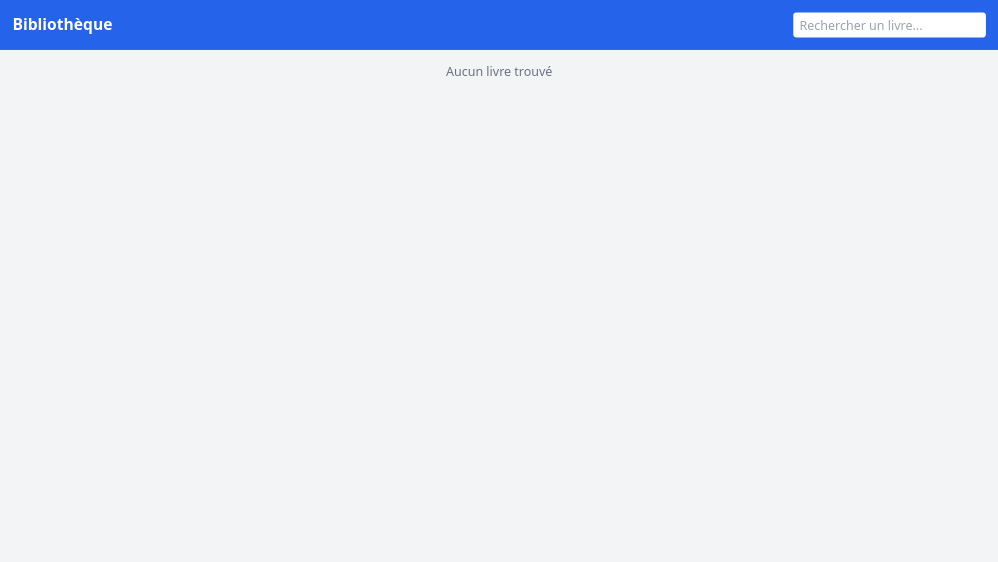
Repository: HAM0909/BookSmart
Page: home.html
The author's editor kept a copy of each file at every save. The page is drawn from the files as they stood at one save, then again after a run of saves.
The browser window is 1280 px wide. The pictures show the whole page, at 78% of full size.
The page's requests for data from a server got no answer. Some web libraries are served in a nearby version.

Above is the page before, as saved 2025-08-22 22:06:12.

### home.html
<!DOCTYPE html>
<html lang="fr">
<head>
    <meta charset="UTF-8">
    <title>Home - Bibliothèque</title>
    <script src="https://cdn.tailwindcss.com"></script>
</head>
<body class="bg-gray-100 min-h-screen">

<header class="bg-blue-600 text-white p-4 flex justify-between items-center">
    <h1 class="text-xl font-bold">Bibliothèque</h1>
    <input id="searchInput" type="text" placeholder="Rechercher un livre..." class="px-2 py-1 rounded">
</header>

<main class="p-4">
    <div id="booksGrid" class="grid grid-cols-1 sm:grid-cols-2 md:grid-cols-3 lg:grid-cols-4 gap-4">
        <!-- Les livres seront injectés ici -->
    </div>
</main>

<script>
let currentUserId = null;

// Récupérer l'utilisateur connecté
async function fetchCurrentUser() {
    try {
        const response = await fetch("/api/me");
        const data = await response.json();
        currentUserId = data.id;
    } catch (err) {
        console.error("Erreur fetchCurrentUser:", err);
        currentUserId = 1; // fallback si pas de session
    }
}

// Récupérer la liste des livres depuis l'API
async function fetchBooks(search="") {
    let url = "/api/livres";
    if (search) url += `?search=${encodeURIComponent(search)}`;
    try {
        const response = await fetch(url);
        return await response.json();
    } catch (err) {
        console.error("Erreur fetchBooks:", err);
        return [];
    }
}

// Réserver un livre
async function reserveBook(bookId) {
    if (!currentUserId) {
        alert("Utilisateur non connecté !");
        return;
    }
    try {
        const response = await fetch("/api/reservations", {
            method: "POST",
            headers: { "Content-Type": "application/json" },
            body: JSON.stringify({ id_livre: bookId, id_adherent: currentUserId })
        });
        const result = await response.json();
        alert(result.msg || "Réservation terminée");
        displayBooks();
    } catch (err) {
        console.error("Erreur réservation:", err);
        alert("Erreur lors de la réservation.");
    }
}

// Afficher les livres dans la grille
async function displayBooks(search="") {
    const books = await fetchBooks(search);
    const grid = document.getElementById("booksGrid");
    grid.innerHTML = "";

    if (books.length === 0) {
        grid.innerHTML = `<p class="col-span-full text-center text-gray-500">Aucun livre trouvé</p>`;
        return;
    }

    books.forEach(book => {
        const card = document.createElement("div");
        card.className = "bg-white shadow rounded p-2 flex flex-col items-center";

        card.innerHTML = `
            <img src="${book.image_url || 'https://via.placeholder.com/150'}"
                 alt="${book.titre}" class="w-32 h-40 object-cover mb-2">
            <div class="font-semibold text-center mb-1">${book.titre}</div>
            <div class="mb-2 text-sm ${book.disponibilite ? 'text-green-600' : 'text-red-600'}">
                ${book.disponibilite ? 'Disponible' : 'Réservé'}
            </div>
        `;

        const button = document.createElement("button");
        button.textContent = "Réserver";
        button.className = `px-2 py-1 rounded ${book.disponibilite ? 'bg-blue-600 text-white hover:bg-blue-700' : 'bg-gray-400 text-gray-200 cursor-not-allowed'}`;
        button.disabled = !book.disponibilite;
        button.onclick = () => reserveBook(book.id);

        card.appendChild(button);
        grid.appendChild(card);
    });
}

// Recherche dynamique
document.getElementById("searchInput").addEventListener("input", (e) => {
    displayBooks(e.target.value);
});

// Initialisation
async function init() {
    await fetchCurrentUser();
    displayBooks();
}

init();
</script>

</body>
</html>

After the next 2 saves:
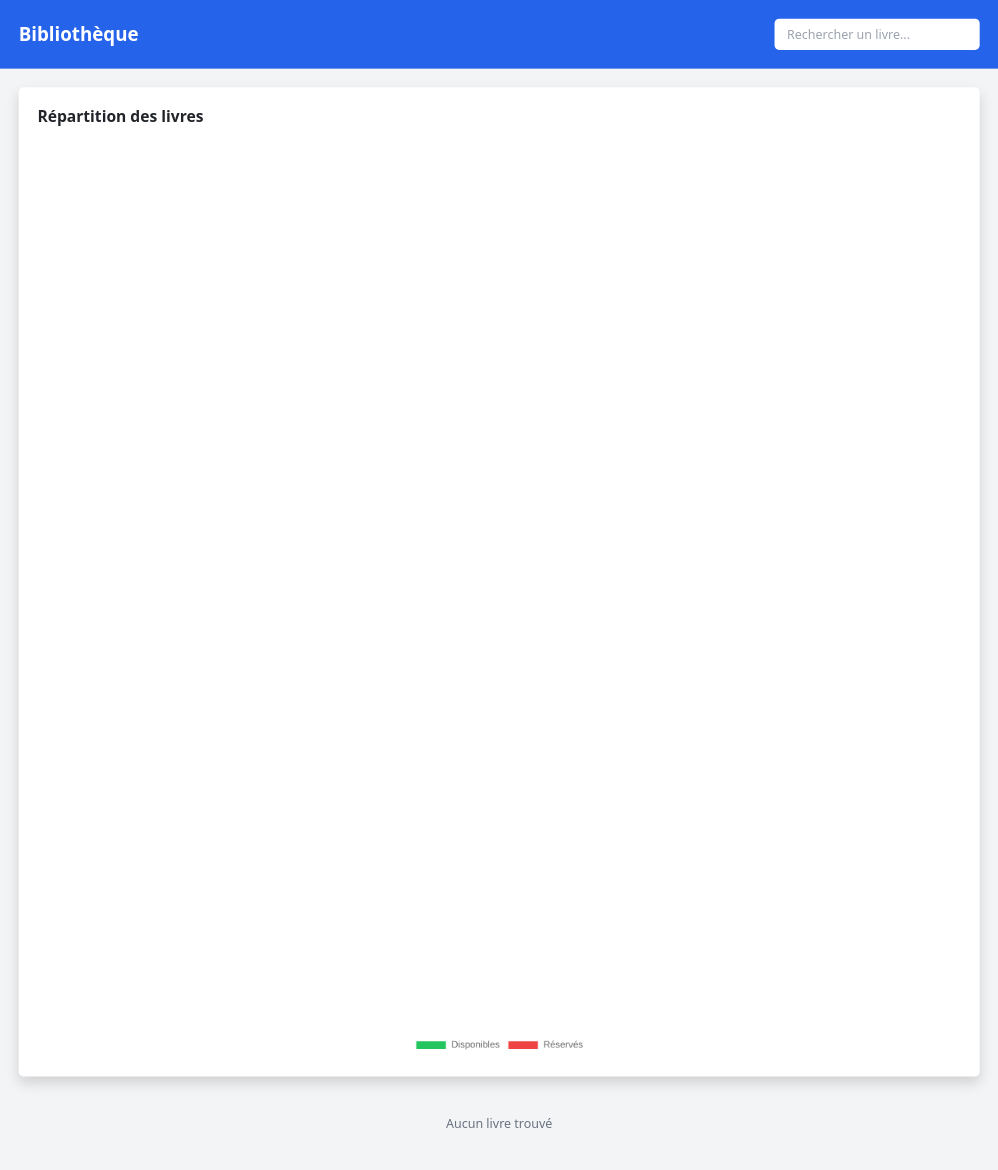
The 2 saves are shown as one change because they came seconds apart.
The last was saved 3 min 51 s later.
--- a/home.html
+++ b/home.html
@@ -3,107 +3,147 @@
 <head>
     <meta charset="UTF-8">
     <title>Home - Bibliothèque</title>
+    <!-- Tailwind CSS -->
     <script src="https://cdn.tailwindcss.com"></script>
+    <!-- Bootstrap CSS -->
+    <link href="https://cdn.jsdelivr.net/npm/bootstrap@5.3.2/dist/css/bootstrap.min.css" rel="stylesheet">
+    <!-- Chart.js CDN -->
+    <script src="https://cdn.jsdelivr.net/npm/chart.js"></script>
 </head>
 <body class="bg-gray-100 min-h-screen">
 
-<header class="bg-blue-600 text-white p-4 flex justify-between items-center">
-    <h1 class="text-xl font-bold">Bibliothèque</h1>
-    <input id="searchInput" type="text" placeholder="Rechercher un livre..." class="px-2 py-1 rounded">
+<header class="bg-blue-600 text-white p-4 flex flex-col sm:flex-row justify-between items-center gap-2">
+    <h1 class="text-2xl font-bold">Bibliothèque</h1>
+    <input id="searchInput" type="text" placeholder="Rechercher un livre..." class="px-3 py-2 rounded w-full sm:w-auto">
 </header>
 
-<main class="p-4">
-    <div id="booksGrid" class="grid grid-cols-1 sm:grid-cols-2 md:grid-cols-3 lg:grid-cols-4 gap-4">
+<main class="p-4 container mx-auto">
+    <!-- Graphique Disponibilité -->
+    <div class="bg-white p-4 rounded shadow mb-6">
+        <h2 class="text-xl font-semibold mb-2">Répartition des livres</h2>
+        <canvas id="availabilityChart" height="150"></canvas>
+    </div>
+
+    <!-- Grille des livres -->
+    <div id="booksGrid" class="grid grid-cols-1 sm:grid-cols-2 md:grid-cols-3 lg:grid-cols-4 gap-6">
         <!-- Les livres seront injectés ici -->
     </div>
+    <p id="errorMsg" class="text-red-600 mt-4 text-center"></p>
 </main>
 
 <script>
 let currentUserId = null;
+let availabilityChart = null;
 
 // Récupérer l'utilisateur connecté
 async function fetchCurrentUser() {
     try {
-        const response = await fetch("/api/me");
-        const data = await response.json();
+        const res = await fetch("/api/me");
+        const data = await res.json();
         currentUserId = data.id;
-    } catch (err) {
-        console.error("Erreur fetchCurrentUser:", err);
-        currentUserId = 1; // fallback si pas de session
+    } catch {
+        currentUserId = 1; // fallback
     }
 }
 
-// Récupérer la liste des livres depuis l'API
+// Récupérer les livres depuis l'API
 async function fetchBooks(search="") {
-    let url = "/api/livres";
-    if (search) url += `?search=${encodeURIComponent(search)}`;
     try {
-        const response = await fetch(url);
-        return await response.json();
-    } catch (err) {
-        console.error("Erreur fetchBooks:", err);
+        let url = "/api/livres";
+        if (search) url += `?search=${encodeURIComponent(search)}`;
+        const res = await fetch(url);
+        return await res.json();
+    } catch {
+        document.getElementById("errorMsg").textContent = "Erreur réseau lors du chargement des livres.";
         return [];
     }
 }
 
 // Réserver un livre
 async function reserveBook(bookId) {
-    if (!currentUserId) {
-        alert("Utilisateur non connecté !");
-        return;
-    }
+    if (!currentUserId) { alert("Utilisateur non connecté !"); return; }
     try {
-        const response = await fetch("/api/reservations", {
+        const res = await fetch("/api/reservations", {
             method: "POST",
             headers: { "Content-Type": "application/json" },
             body: JSON.stringify({ id_livre: bookId, id_adherent: currentUserId })
         });
-        const result = await response.json();
-        alert(result.msg || "Réservation terminée");
-        displayBooks();
-    } catch (err) {
-        console.error("Erreur réservation:", err);
-        alert("Erreur lors de la réservation.");
-    }
+        const data = await res.json();
+        alert(data.msg || "Réservation réussie !");
+        displayBooks(document.getElementById("searchInput").value);
+    } catch { alert("Erreur réseau lors de la réservation."); }
 }
 
-// Afficher les livres dans la grille
+// Affichage des livres
 async function displayBooks(search="") {
     const books = await fetchBooks(search);
     const grid = document.getElementById("booksGrid");
     grid.innerHTML = "";
+    document.getElementById("errorMsg").textContent = "";
 
     if (books.length === 0) {
-        grid.innerHTML = `<p class="col-span-full text-center text-gray-500">Aucun livre trouvé</p>`;
+        grid.innerHTML = `<p class="col-span-full text-center text-gray-500 mt-4">Aucun livre trouvé</p>`;
+        updateChart([], []);
         return;
     }
 
+    let disponibles = 0, reserves = 0;
+
     books.forEach(book => {
         const card = document.createElement("div");
-        card.className = "bg-white shadow rounded p-2 flex flex-col items-center";
+        card.className = "bg-white rounded-lg shadow p-4 flex flex-col items-center mb-2";
 
         card.innerHTML = `
             <img src="${book.image_url || 'https://via.placeholder.com/150'}"
-                 alt="${book.titre}" class="w-32 h-40 object-cover mb-2">
-            <div class="font-semibold text-center mb-1">${book.titre}</div>
-            <div class="mb-2 text-sm ${book.disponibilite ? 'text-green-600' : 'text-red-600'}">
+                 alt="${book.titre}" class="w-32 h-40 object-cover mb-3 rounded">
+            <div class="font-semibold text-center mb-2">${book.titre}</div>
+            <div class="mb-3 text-sm ${book.disponibilite ? 'text-green-600' : 'text-red-600'}">
                 ${book.disponibilite ? 'Disponible' : 'Réservé'}
             </div>
         `;
 
-        const button = document.createElement("button");
-        button.textContent = "Réserver";
-        button.className = `px-2 py-1 rounded ${book.disponibilite ? 'bg-blue-600 text-white hover:bg-blue-700' : 'bg-gray-400 text-gray-200 cursor-not-allowed'}`;
-        button.disabled = !book.disponibilite;
-        button.onclick = () => reserveBook(book.id);
+        const btn = document.createElement("button");
+        btn.textContent = "Réserver";
+        btn.className = `px-3 py-1 rounded w-full ${book.disponibilite ? 'bg-blue-600 text-white hover:bg-blue-700' : 'bg-gray-400 text-gray-200 cursor-not-allowed'}`;
+        btn.disabled = !book.disponibilite;
+        btn.onclick = () => reserveBook(book.id);
 
-        card.appendChild(button);
+        card.appendChild(btn);
         grid.appendChild(card);
+
+        if (book.disponibilite) disponibles++; else reserves++;
     });
+
+    updateChart(disponibles, reserves);
+}
+
+// Mettre à jour le graphique
+function updateChart(disponibles, reserves) {
+    const ctx = document.getElementById('availabilityChart').getContext('2d');
+
+    const data = {
+        labels: ['Disponibles', 'Réservés'],
+        datasets: [{
+            label: 'Nombre de livres',
+            data: [disponibles, reserves],
+            backgroundColor: ['#22c55e','#ef4444']
+        }]
+    };
+
+    if (availabilityChart) {
+        availabilityChart.data = data;
+        availabilityChart.update();
+    } else {
+        availabilityChart = new Chart(ctx, {
+            type: 'doughnut',
+            data: data,
+            options: { responsive: true, plugins: { legend: { position: 'bottom' } } }
+        });
+    }
 }
 
 // Recherche dynamique
-document.getElementById("searchInput").addEventListener("input", (e) => {
+document.getElementById("searchInput").addEventListener("input", e => {
     displayBooks(e.target.value);
 });
 
